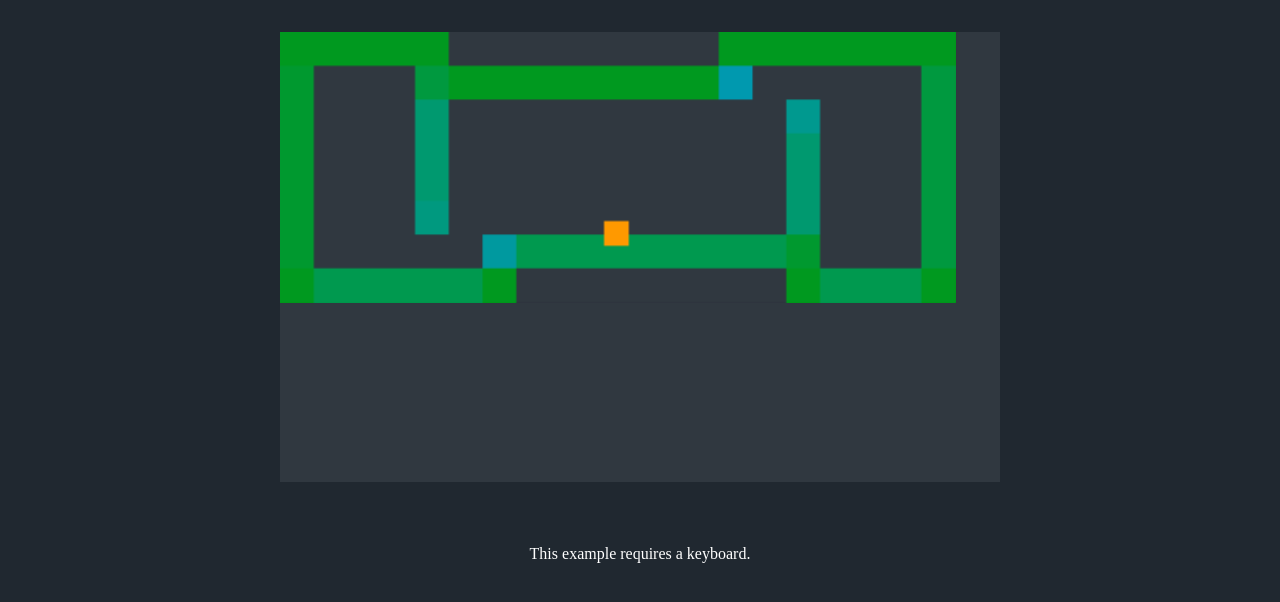
Repository: jh0l/WorldsHardestGame
Page: index.html
The author's editor kept a copy of each file at every save. The page is drawn from the files as they stood at one save, then again after the next save.
The browser window is 1280 px wide. The pictures show the whole page.

Above is the page before, as saved 2018-07-19 00:21:31.

After the next save:
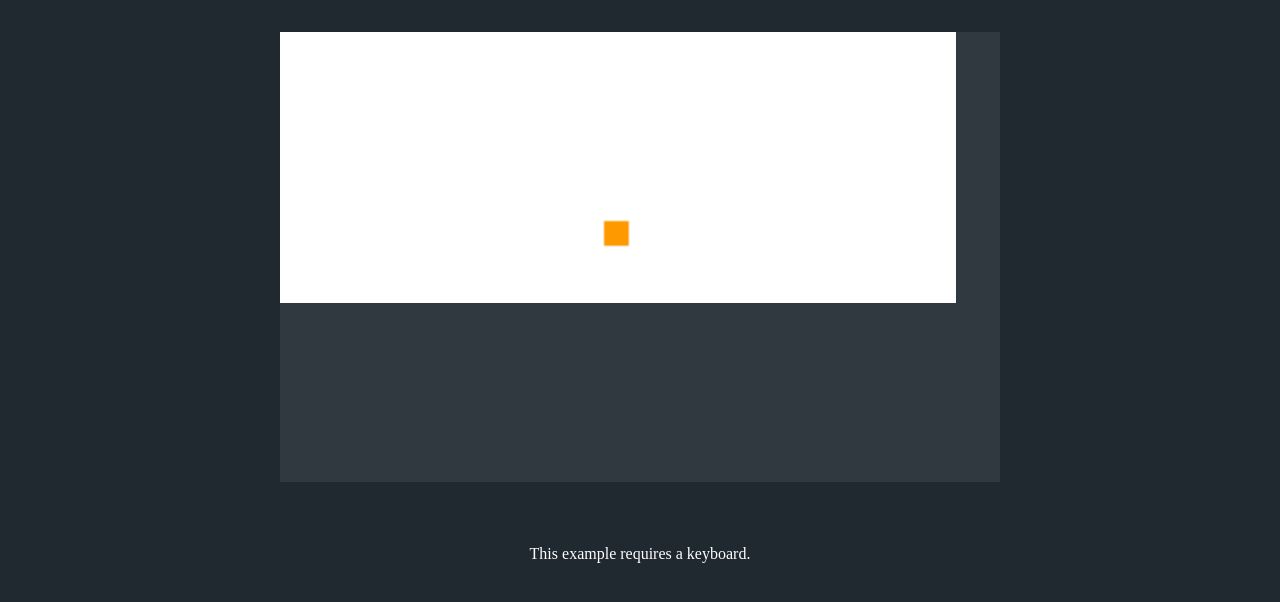
Saved 4 min 42 s later.
--- a/src/index.js
+++ b/src/index.js
@@ -28,15 +28,11 @@
       }
     }
   };
-  const tileValColor = val => {
-    if (val > 0 && val < 10) {
-      return "#0099" + val + "f";
+  const tileValColor = (val, index) => {
+    if (val) {
+      return index % 2 ? "#e6e6ff" : "#fff";
     }
-    switch (val) {
-      case "a":
-        return "#0099" + val + "f";
-    }
-    return "#303840";
+    return "#b4b5fe";
   };
   display = {
     buffer: document.createElement("canvas").getContext("2d"),
